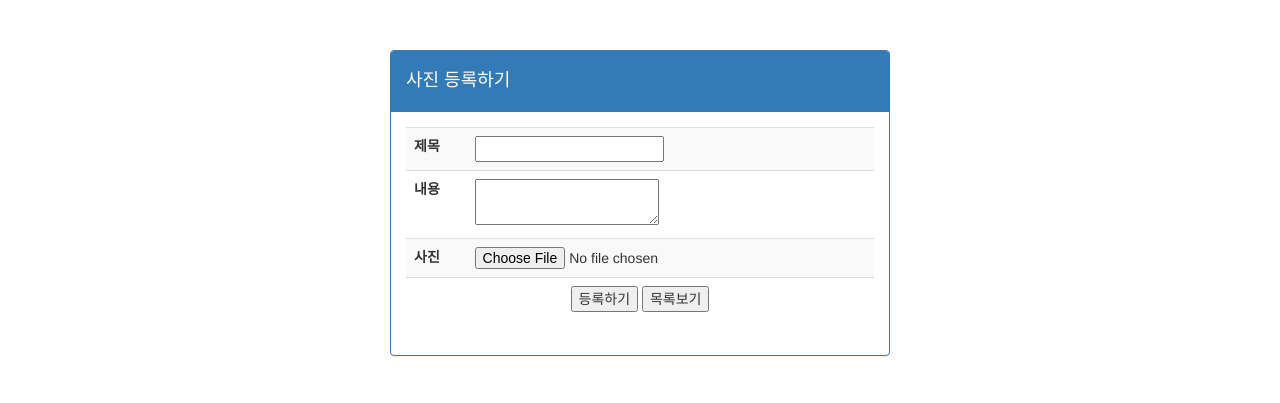
Repository: simDev1234/WebStudy
Page: http://localhost/2022_0607_PhotoGallery/photo/photo_insert_form.jsp
An editor plug-in stored every save of this project. The page is shown before and after the next save, followed by the edit.
The browser window is 1280 px wide. The pictures show the whole page.
The page is served by Tomcat 9. Other server files are loaded and not shown.

Above is the page before, as saved 2022-06-08 03:00:35.

### _01_상반기_WebStudy/2022_0607_PhotoGallery/src/main/webapp/photo/photo_insert_form.jsp
<%@ page language="java" contentType="text/html; charset=UTF-8"
    pageEncoding="UTF-8"%>
<!DOCTYPE html>
<html>
<head>
<meta charset="UTF-8">
<title>Insert title here</title>
<link rel="stylesheet" href="https://maxcdn.bootstrapcdn.com/bootstrap/3.4.1/css/bootstrap.min.css">
<script src="https://ajax.googleapis.com/ajax/libs/jquery/3.6.0/jquery.min.js"></script>
<script src="https://maxcdn.bootstrapcdn.com/bootstrap/3.4.1/js/bootstrap.min.js"></script>
<style type="text/css">
    #box{
       width  : 500px;
       margin : auto;
       margin-top : 50px;
    }
</style>
</head>
<body>
   <form method = "POST" enctype = "mutipart/form-data">
      <div id = "box">
         <div class="panel panel-primary">
	       <div class="panel-heading"><h4>사진 등록하기</h4></div>
	       <div class="panel-body">
	          <table class = "table table-striped">
	              <tr>
	                <th>제목</th>
	                <td><input name = "p_subject"></td>
	              </tr>
	              <tr>
	                <th>내용</th>
	                <td><textarea name = "p_content"></textarea></td>
	              </tr>
	              <tr>
	                <th>사진</th>
	                <td><input type = "file" name = "photo"></td>
	              </tr>
	              <tr>
	                <td colspan = "2" align = "center">
	                  <input type = "button" value = "등록하기" onclick = "send(this.form);">
	                  <input type = "button" value = "목록보기" onclick = "location.href = 'list.do'">
	                </td>
	              </tr>
	          </table>
	       </div>
	     </div>
      </div>
   </form>
</body>
</html>

After the next save:
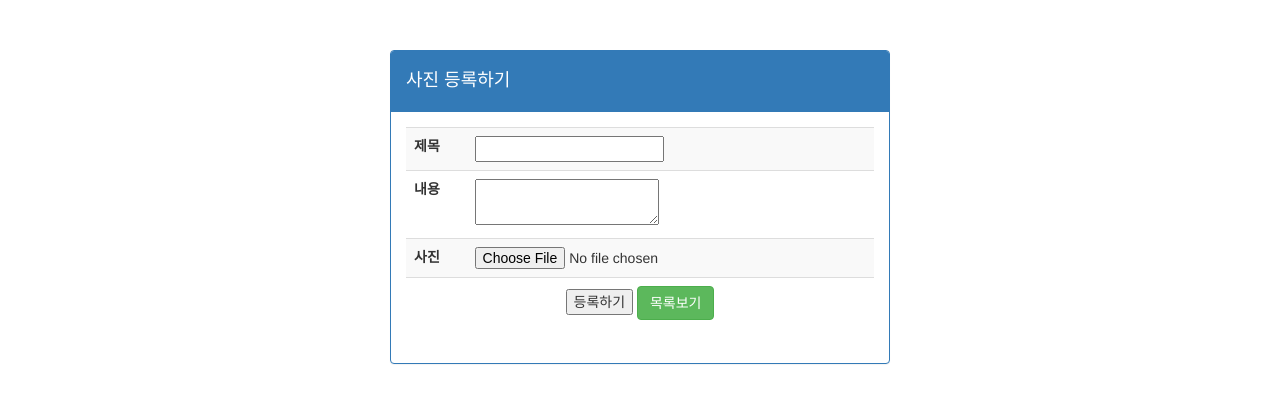
Saved 66 s later.
--- a/_01_상반기_WebStudy/2022_0607_PhotoGallery/src/main/webapp/photo/photo_insert_form.jsp
+++ b/_01_상반기_WebStudy/2022_0607_PhotoGallery/src/main/webapp/photo/photo_insert_form.jsp
@@ -38,7 +38,7 @@
 	              <tr>
 	                <td colspan = "2" align = "center">
 	                  <input type = "button" value = "등록하기" onclick = "send(this.form);">
-	                  <input type = "button" value = "목록보기" onclick = "location.href = 'list.do'">
+	                  <input class = "btn btn-success" type = "button" value = "목록보기" onclick = "location.href = 'list.do'">
 	                </td>
 	              </tr>
 	          </table>
